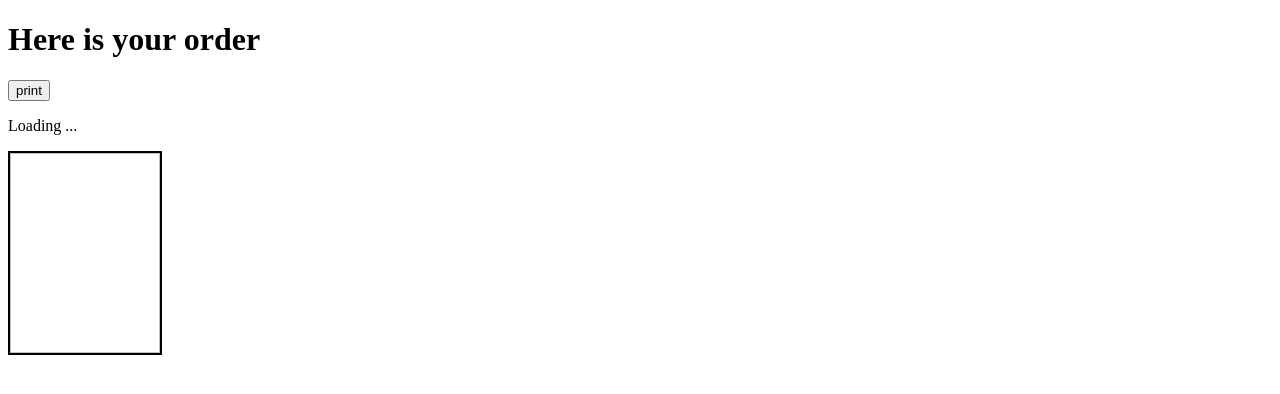
Repository: boschierob/order-app
Page: read.html
The author's editor kept a copy of each file at every save. The page is drawn from the files as they stood at one save, then again after the next save.
The browser window is 1280 px wide. The pictures show the whole page.
The page's requests for data from a server got no answer.

Above is the page before, as saved 2023-01-01 23:40:43.

After the next save:
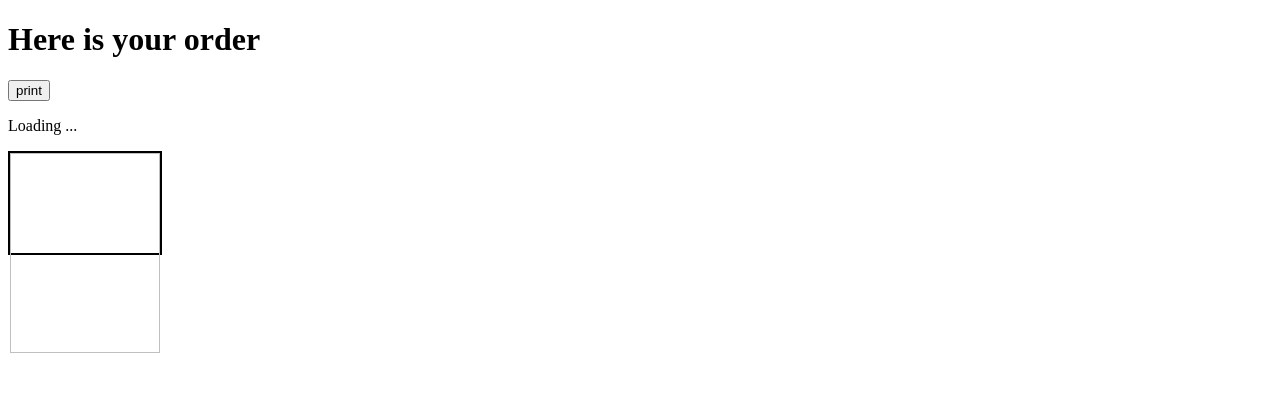
Saved 35 s later.
--- a/read.html
+++ b/read.html
@@ -17,7 +17,7 @@
         <div>
             <button>print</button>
             <p id="data"> Loading ...</p>
-            <div style="border:2px solid black ; width:150px; height:200px;">
+            <div style="border:2px solid black ; width:150px; height:100px;">
                 <img style="width:150px; height:200px;object-fit:scale-down;" id="image">
             </div>
 
